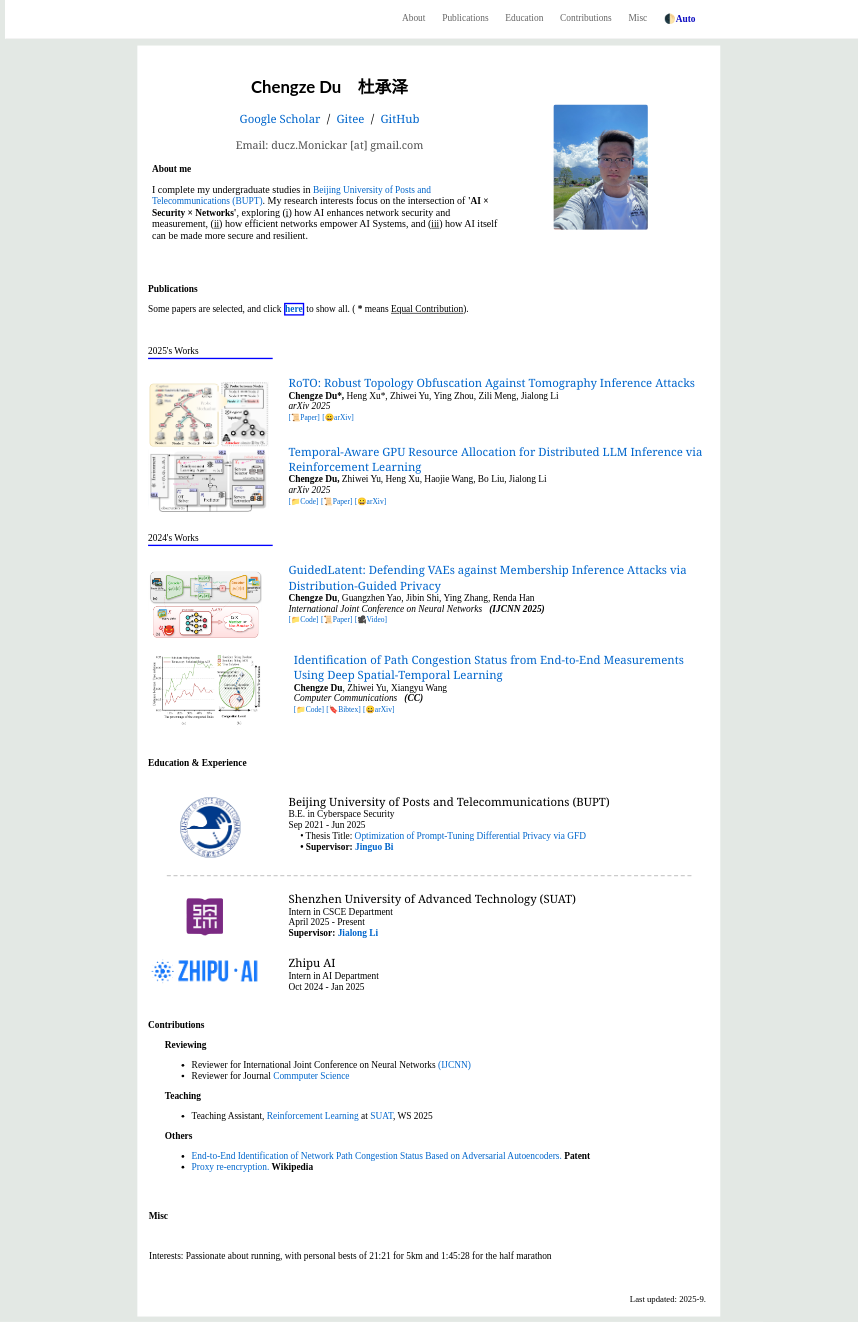
Repository: Monickar/Monickar.github.io
Page: index.html
These files come from the project's save history. The page is drawn as it stood at one moment and after a run of saves; the edit follows.
The browser window is 1280 px wide. The pictures show the whole page, at 67% of full size.

Above is the page before, as saved 2025-10-28 18:50:59.

### index.html
<!DOCTYPE HTML>
<html lang="en">
  <head>
    <meta http-equiv="Content-Type" content="text/html; charset=UTF-8">

    <title>Chengze's Homepage</title>

    <meta name="author" content="Chengze Du">
    <meta name="viewport" content="width=550px, initial-scale=1.0">
    <link rel="shortcut icon" href="./images/IMG_1936.JPG" type="image/x-icon" style="border-radius: 50%;"> <!-- 添加favicon 圆形-->
    <link rel="stylesheet" type="text/css" href="styles.css">
    <style>

      /* * {
        font-family: Cambria, Georgia, serif;

      } */
      * {
        font-size: 14px;

      }


    </style>
  </head>


  <body bgcolor="#E3E8E4">
    <!-- 导航栏 -->
    <nav class="navbar" bgcolor="#EEEEEE">
      <div class="nav-container">
        <a href="#" class="nav-brand"> </a>
        <div class="nav-links">
          <a href="#about">About</a>
          <a href="#pub">Publications</a>
          <a href="#education">Education</a>
          <a href="#contributions">Contributions</a>
          <a href="#misc">Misc</a>
          <a id="darkToggle" style="color: rgb(12, 12, 193); font-weight: bolder;">Mode🌓</a>

        </div>
      </div>
    </nav>

    <!-- 原有内容开始 -->
    <table id="about" style="width:100%; background:#FFFFFF; max-width:870px;border:0px;border-spacing:0px;border-collapse:separate;margin-right:auto;margin-left:auto;"><tbody>
      <tr style="padding:0px">
        <td style="padding:0px">
          <table style="width:100%;border:0px;border-spacing:0px;border-collapse:separate;margin-right:auto;margin-left:auto;"><tbody>
            <tr style="padding:0px">
              <td style="padding:2.5%;width:60%;vertical-align:middle">

                <p class="name" style="text-align: center; font-size: 25px;">
                  Chengze Du &ensp;  杜承泽
                </p>

                <p style="text-align:center; font-size: 18px; font-family: Georgia">
                  <a href="https://scholar.google.com/citations?hl=zh-CN&user=y4ty-f4AAAAJ" class="papertitle">Google Scholar</a> &nbsp;/&nbsp;
                  <a href="https://gitee.com/monickar" class="papertitle">Gitee</a> &nbsp;/&nbsp;
                  <a href="https://github.com/Monickar" class="papertitle">GitHub</a>
                </p>

                <p style="text-align:center; font-size: 16px; font-family: Cambria; color: rgb(80, 80, 80);">
                Email: ducz.Monickar [at] gmail.com
                </p>
                <h2>About me</h2>

                <p style="font-size: 15px;"> I complete my undergraduate studies in <a href="https://www.bupt.edu.cn/">Beijing University of Posts and Telecommunications (BUPT)</a>.
                  My research interests focus on the intersection of <strong>'AI <strong>×</strong> Security <strong>×</strong> Networks'</strong>, exploring (<u>i</u>) how AI enhances network security and measurement, (<u>ii</u>) how efficient networks empower AI Systems, and (<u>iii</u>) how AI itself can be made more secure and resilient.

                </p>
              </td>
              <td style="padding:5.5%; width:31%; max-width:37%; padding-top:10%;">
                <a href="https://ccfddl.com/"><img style="width:70%; max-width:70%;object-fit: cover; border-radius: 2%;" alt="profile photo" src="images/chengze.jpg" class="hoverZoomLink"></a>
              </td>
            </tr>
          </tbody></table>


      <table id="pub" style="width:100%;border:0px;border-spacing:0px;border-collapse:separate;margin-right:auto;margin-left:auto;"><tbody>
          <tr>
          <td style="padding:16px;width:100%;vertical-align:middle">
            <h2>Publications</h2>
            <p>
             Some papers are selected, and click <strong><a href="FullPaperList.html" class="text-with-border">here</a></strong> to show all.
              ( <strong>*</strong> means <u>Equal Contribution</u>).
            </p>
             <!-- Some works are <span class="highlight">highlighted</span>.  -->
          </td>
        </tr>
      </tbody></table>
      <table style="width:100%;border:0px;border-spacing:0px;border-collapse:separate;margin-right:auto;margin-left:auto;"><tbody>


      <!-- 2025 分隔符 -->
      <td style="padding:16px; width:25%; vertical-align:middle; margin-top: 2px;">
        <span class="year">2025's Works</span>
        <div style="height: 2px; background-color: blue; margin-top: 2px;"></div>
      </td>

      <tr >
        <td style="padding:16px;width:25%;vertical-align:top">
          <div class="one">
            <img src="images/RoTO-1.png" class="top" alt="SecureNT alternate" width="180" height="100">
            <img src="images/RoTO-2.png" class="bottom" alt="SecureNT" style="width:180px; height:65px;">
          </div>
        </td>
        <td style="padding:8px;width:80%; vertical-align:top">
          <a href="https://arxiv.org/abs/2508.12852">
        <span class="papertitle">RoTO: Robust Topology Obfuscation Against Tomography Inference Attacks</span>
          </a>
          <br>
          <strong>Chengze Du*,</strong>
          Heng Xu*,
          Zhiwei Yu,
          Ying Zhou,
          Zili Meng,
          Jialong Li

          <br>
          <em>arXiv  2025</em>
          <br>
          <!-- <a href="" style="font-size: 0.8em;">[📁Code]</a> -->
          <a href="https://arxiv.org/pdf/2508.12852" style="font-size: 0.8em;">[📜Paper]</a>
          <a href="https://arxiv.org/abs/2508.12852" style="font-size: 0.8em;">[😀arXiv]</a>
          <p></p>
        </td>
      </tr>



      <tr >
        <td style="padding:16px;width:20%;vertical-align:top">
          <div class="one">
            <img src="images/gpu_infer_component.png" class="top" alt="SecureNT alternate" width="180" height="100">
            <img src="images/tcc_intro.png" class="bottom" alt="SecureNT" style="width:180px; height:90px;">
          </div>
        </td>
        <td style="padding:8px;width:80%; vertical-align:middle">
          <a href="https://arxiv.org/abs/2507.10259">
        <span class="papertitle">Temporal-Aware GPU Resource Allocation for Distributed LLM Inference via Reinforcement Learning</span>
          </a>
          <br>
          <strong>Chengze Du,</strong>
          Zhiwei Yu,
          Heng Xu,
          Haojie Wang,
          Bo Liu,
          Jialong Li

          <br>
          <em>arXiv  2025</em>
          <br>
          <a href="https://gitee.com/Monickar/OT4GpuInference" style="font-size: 0.8em;">[📁Code]</a>
          <a href="https://arxiv.org/pdf/2507.10259" style="font-size: 0.8em;">[📜Paper]</a>
          <a href="https://arxiv.org/abs/2507.10259" style="font-size: 0.8em;">[😀arXiv]</a>
          <p></p>

        </td>
      </tr>


      <!-- 2024 分隔符 -->
      <td style="padding:16px; width:20%; vertical-align:middle; margin-top: 2px;">
        <span class="year">2024's Works</span>
        <div style="height: 2px; background-color: blue; margin-top: 2px;"></div>
      </td>

      <tr >
        <td style="padding:16px;width:20%;vertical-align:top">
          <div class="one">
            <img src="images/anti-vae.png" class="top" alt="SecureNT alternate" width="170" height="110">
            <img src="images/vae-anti-mia.png" class="bottom" alt="SecureNT" style="width:170px; height:85px;">
          </div>
        </td>
        <td style="padding:8px;width:80%; vertical-align:top">
          <a href="">
        <span class="papertitle">GuidedLatent: Defending VAEs against Membership Inference Attacks via Distribution-Guided Privacy
          </a>
          <br>
          <strong>Chengze Du</strong>,
                  Guangzhen Yao,
                  Jibin Shi,
                  Ying Zhang,
                  Renda Han
          <br>
          <em>International Joint Conference on Neural Networks <strong>&nbsp (IJCNN 2025)</strong></em>
          <br>
          <a href="https://anonymous.4open.science/r/VAE-Anti-MIA-DB1A/README.md" style="font-size: 0.8em;">[📁Code]</a>
          <a href="./files/IJCNN_2025.pdf" style="font-size: 0.8em;">[📜Paper]</a>
          <!-- <a href="./files/" style="font-size: 0.8em;">[😀arXiv]</a> -->
          <a href="https://vimeo.com/1095995168" style="font-size: 0.8em;">[🎥Video]</a>
          <!-- <a href="https://arxiv.org/abs/2412.10762" style="font-size: 0.8em;">[📄Poster]</a> -->
          <br>
          <br>
        </td>
      </tr>




    <tr>
      <td style="padding:16px;width:20%;vertical-align:top">
          <div class="one">
            <img src="images/CC_1.png" class="top" alt="SecureNT alternate" width="170" height="110">
            <img src="images/AAE-LSTM.png" class="bottom" alt="SecureNT" style="width:170px; height:110px;">
          </div>
      </td>
      <td style="padding:16px;width:70%;vertical-align:top">
        <a href="https://www.sciencedirect.com/science/article/pii/S0140366425001513">
          <span class="papertitle">Identification of Path Congestion Status from End-to-End Measurements Using Deep Spatial-Temporal Learning</span>
        </a>
        <br>
        <strong>Chengze Du</strong>,
        Zhiwei Yu, Xiangyu Wang
        <br>
        <em>Computer Communications  &nbsp <strong>(CC)</strong> </em>
        <br>
        <a href="https://github.com/Monickar/ACS" style="font-size: 0.8em;">[📁Code]</a>
        <a href="./Bibtex/CC_NT_2025.txt" style="font-size: 0.8em;">[🔖Bibtex]</a>
        <a href="https://arxiv.org/abs/2412.10762" style="font-size: 0.8em;">[😀arXiv]</a>
      </td>
    </tr>

          </tbody></table>

          <table style="width:100%;border:0px;border-spacing:0px;border-collapse:separate;margin-right:auto;margin-left:auto;"><tbody>
            <tr>
            <td style="padding:16px;width:100%;vertical-align:middle">
              <h2>Education & Experience</h2>
            </td>
          </tr>
        </tbody></table>

        <!-- 教育经历 -->
        <table id="education" style="width:100%;border:0px;border-spacing:0px;border-collapse:separate;margin-right:auto;margin-left:auto;"><tbody>

          <tr>
            <td style="padding:16px;width:25%;vertical-align:middle"> <!-- 图片设置为居中 -->
              <img src="images/bupt-logo-1.png" alt="BUPT" width="90" style="display: block; margin: 0 auto;">
            </td>
            <td style="padding:8px;width:75%;vertical-align:middle">
              <span class="papertitle">Beijing University of Posts and Telecommunications (BUPT)</span>
              <br>
              B.E. in Cyberspace Security
              <br>
              Sep 2021 - Jun 2025
              <br>
                &emsp; • Thesis Title:
                 <font color="#1772D0"> <a href="https://gitee.com/Monickar/Bachelor_Thesis" >  Optimization of Prompt-Tuning Differential Privacy via GFD</a> </font>
              <br>
              <strong>
                &emsp; • Supervisor: <a href="https://scss.bupt.edu.cn/info/1063/3984.htm">Jinguo Bi</a>
              </strong>
              <p></p>
            </td>

          </tr>

          <!-- 添加虚线分隔符 -->
          <tr>
            <td colspan="2" style="padding: 10px 0">
              <div style="border-top: 2px dashed #ccc; width: 90%; margin: 0 auto;"></div>
            </td>
          </tr>

          <tr>
            <td style="padding:16px 16px 8px 16px;width:20%;vertical-align:middle">
              <img src="images/suat-logo.png" alt="Internship" width="170">
            </td>
            <td style="padding:4px 8px 4px 8px;width:80%;vertical-align:middle">
              <span class="papertitle">Shenzhen University of Advanced Technology (SUAT) </span>
              <br>
              Intern in CSCE Department
              <br>
              April 2025 - Present
              <br>
              <strong>Supervisor: <a href="https://franklee94.github.io/index.html">Jialong Li</a></strong>
            </td>
          </tr>

          <tr>
            <td style="padding:16px;width:20%;vertical-align:middle">
              <img src="images/Zhipu_AI.png" alt="Internship" width="170">
            </td>
            <td style="padding:8px;width:80%;vertical-align:middle">
              <span class="papertitle"> Zhipu AI</span>
              <br>
              Intern in AI Department
              <br>
              Oct 2024 - Jan 2025
          </tr>

        </tbody></table>

 <!-- 专利 -->

 <table id="contributions" style="width:100%;border:0px;border-spacing:0px;border-collapse:separate;margin-right:auto;margin-left:auto;"><tbody>
  <tr>
    <td style="padding:16px; width:100%; vertical-align:middle">
      <h2>Contributions</h2>

      <div style="padding-left: 25px;">
        <h3>Reviewing</h3>
        <ul>
          <li>Reviewer for International Joint Conference on Neural Networks <a href="https://ijcnn2024.org/">(IJCNN) </a>  </li>
          <li>Reviewer for Journal <a href="https://www.jsjkx.com/EN/1002-137X/home.shtml"> Commputer Science </a>  </li>
        </ul>
      </div>

      <div style="padding-left: 25px;">
        <h3>Teaching</h3>
        <ul>
          <li>Teaching Assistant,<a href=""> Reinforcement Learning </a> at <a href="https://suat-sz.edu.cn/en/">SUAT</a>, WS 2025</li>

        </ul>
      </div>


      <div style="padding-left: 25px;">

        <h3>  Others</h3>
      <ul>
        <li> <a href="https://patentimages.storage.googleapis.com/00/00/00/0000000000000000000000000000000000000000000000000000000000000000.pdf"> End-to-End Identification of Network Path Congestion Status
          Based on Adversarial Autoencoders.</a> <strong>Patent</strong></li>
        <li><a href="https://zh.wikipedia.org/wiki/%E4%BB%A3%E7%90%86%E9%87%8D%E5%8A%A0%E5%AF%86">Proxy re-encryption.</a> <strong>Wikipedia</strong></li>
      </ul>
      </div>






    </td>
  </tr>
</tbody></table>



		<table style="width:100%; margin:0 auto; border:0; border-spacing:0; padding:16px;"><tbody>
            <tr>
              <td>
                <h2>Misc</h2>
              </td>
            </tr>
          </tbody></table>
          <table id="misc" style="width:100%;border:0px;border-spacing:0px;border-collapse:separate;margin-right:auto;margin-left:auto;"><tbody>

        <!-- 其他内容 : Interests: Passionate about running, with personal bests of 21:21 for 5km and 1:45:28 for the half marathon-->
        <p>&emsp; Interests: Passionate about running, with personal bests of 21:21 for 5km and 1:45:28 for the half marathon</p>

          </tbody></table>
          <table style="width:100%; border:5px;border-spacing:0px;border-collapse:separate;margin-right:auto;margin-left:auto;"><tbody>
            <tr>
              <td style="padding:5px">
                <br>
                <p style="text-align:right;font-size:small;">
                  Last updated: 2025-9. &emsp;
                </p>
              </td>
            </tr>
          </tbody></table>


        </td>
      </tr>
    </table>

    <script>
    const btn = document.getElementById('darkToggle');
    const mode = localStorage.getItem('mode') || 'auto'; // 'auto', 'dark', 'light'

    function isDarkTime() {
      const hour = new Date().getHours();
      return hour >= 18 || hour < 6; // 20:00-6:00: dark time
    }

    function applyTheme() {
      const shouldBeDark = mode === 'dark' || (mode === 'auto' && isDarkTime());
      document.body.classList.toggle('dark', shouldBeDark);


      if (mode === 'auto') {
        btn.textContent = '🌓Auto';
        btn.title = 'Turn Dark';
      } else {
        btn.textContent = shouldBeDark ? '🌓Dark' : '🌓Light';
        btn.title = shouldBeDark ? 'Turn Light' : 'Turn Auto';
      }
    }

    btn.onclick = () => {
      const modes = ['light', 'auto', 'dark'];
      const idx = modes.indexOf(mode);
      const newMode = modes[(idx + 1) % 3];
      localStorage.setItem('mode', newMode);
      location.reload(); // 简单刷新应用新模式
    };

    applyTheme();
    // 每分钟检查一次时间（仅在自动模式下有用）
    if (mode === 'auto') setInterval(applyTheme, 1000000);
    </script>


  </body>
</html>

### styles.css
.name {
  padding-top: 20px;
  margin: 0;
  font-family: 'Lato', Cambria, Georgia, serif;
  font-size: 10px;
  font-weight: bold;
}

.papertitle {
  font-family: Cambria, Georgia, Helvetica, sans-serif;
  font-size: 17px;
  font-weight: 550;
}


a {
    color: #0066cc; /* 设置链接颜色为蓝色 */
    text-decoration: none;
}

a:focus,

a:hover {
    text-decoration: underline;
    color: #f09228;
}

.text-with-border {
border: 2px solid blue; /* 边框宽度为 2px，样式为实线，颜色为蓝色 */
}
/* 导航栏样式 */
.navbar {
  background-color: #ffffff;
  padding: 15px 0;
  border-bottom: 1px solid #eee;
  position: fixed;
  top: 0;
  width: 100%;
  z-index: 1000;
}

.nav-container {
  max-width: 800px;
  margin: 0 auto;
  display: flex;
  justify-content: space-between;
  align-items: center;
}

.nav-brand {
  font-size: 1.5em;
  font-weight: bold;
  color: #333;
  text-decoration: none;
}

.nav-links {
  display: flex;
  gap: 20px;
}

.nav-links a {
  color: #666;
  text-decoration: none;
  padding: 5px 10px;
  transition: color 0.3s ease;
}

.nav-links a:hover {
  color: #1772D0;
}

/* 为了防止内容被导航栏遮挡 */
body {
  padding-top: 60px;
}

/* 修改图片切换相关的样式 */
.one {
  position: relative;
  display: inline-block;
}

.one img {
  position: absolute;
  left: 0;
  top: 0;
  transition: opacity 0.2s ease-in-out;
}

.one img.bottom {
  z-index: 1;
  position: relative;
}

.one img.top {
  z-index: 2;
}

.one:hover img.top {
  opacity: 0;
}

.hidden-link {
  color: inherit;
  text-decoration: none;
  cursor: default;
}

.hidden-link:hover {
  color: inherit;
  text-decoration: none;
}

body {
  font-size: 15px; /* 默认大小，可修改为所需值 */
}

body.dark {
  background: #1a1a1a !important;
  color: #e0e0e0 !important;
}

body.dark .navbar,
body.dark table {
  background: #2d2d2d !important;
}

body.dark a {
  color: #66b3ff !important;
}

body.dark .nav-links a {
  color: #b0b0b0 !important;
}

body.dark .nav-links a:hover {
  color: #66b3ff !important;
}

body.dark .papertitle {
  color: #66b3ff !important;
}

body.dark .year {
  color: #66b3ff !important;
}


.navbar {
  width: 100%; /* 占满屏幕宽度 */
}
.nav-container {
  display: flex;
  justify-content: space-between; /* 内容左右分布 */
  align-items: center;

}

.nav-links {
  display: flex;
  gap: 5px; /* 链接间添加间隔 */
}

After the next 2 saves:
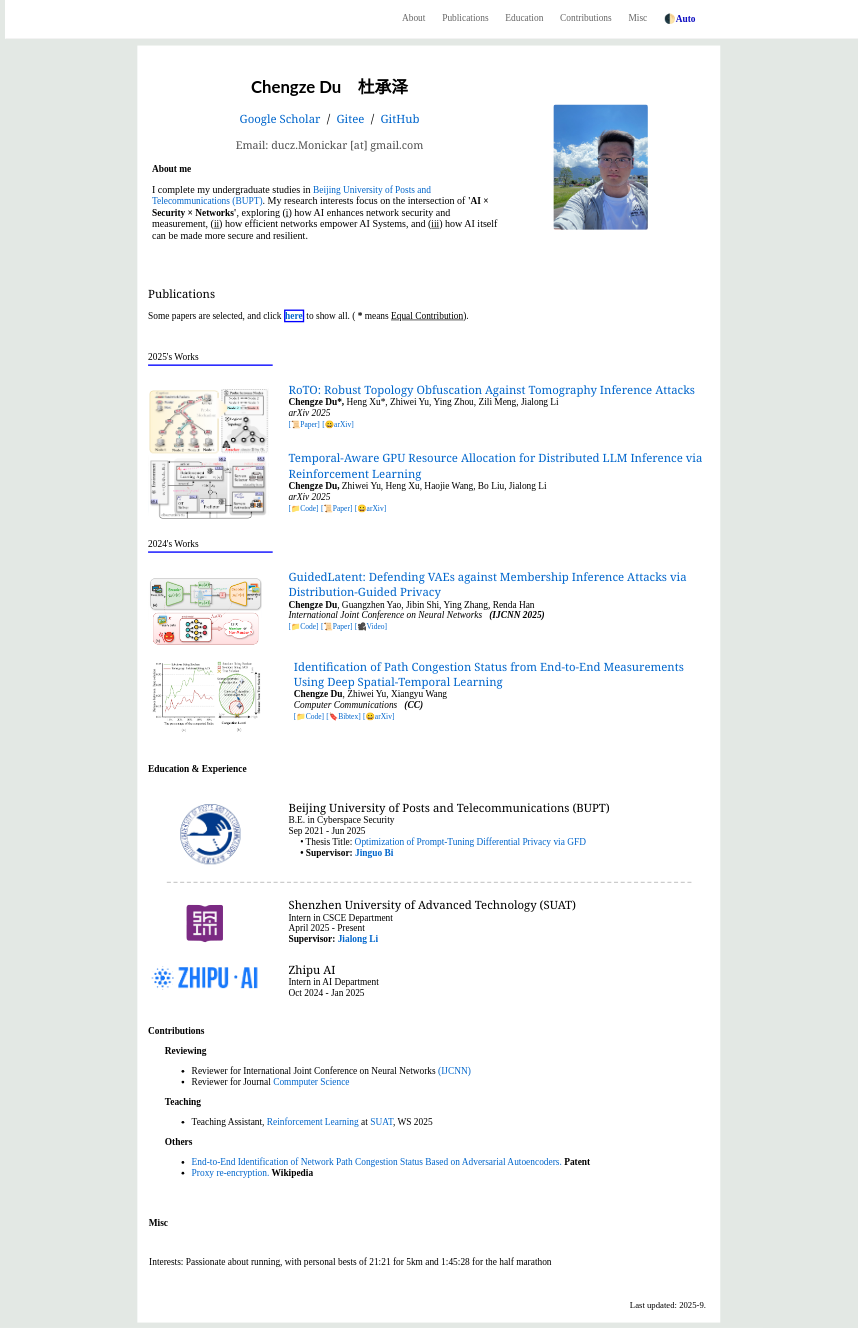
The 2 saves are shown as one change because they came seconds apart.
The last was saved 46 s later.
--- a/index.html
+++ b/index.html
@@ -80,7 +80,7 @@
       <table id="pub" style="width:100%;border:0px;border-spacing:0px;border-collapse:separate;margin-right:auto;margin-left:auto;"><tbody>
           <tr>
           <td style="padding:16px;width:100%;vertical-align:middle">
-            <h2>Publications</h2>
+            <h2 class="papertitle">Publications</h2>
             <p>
              Some papers are selected, and click <strong><a href="FullPaperList.html" class="text-with-border">here</a></strong> to show all.
               ( <strong>*</strong> means <u>Equal Contribution</u>).

After the 5 saves that followed:
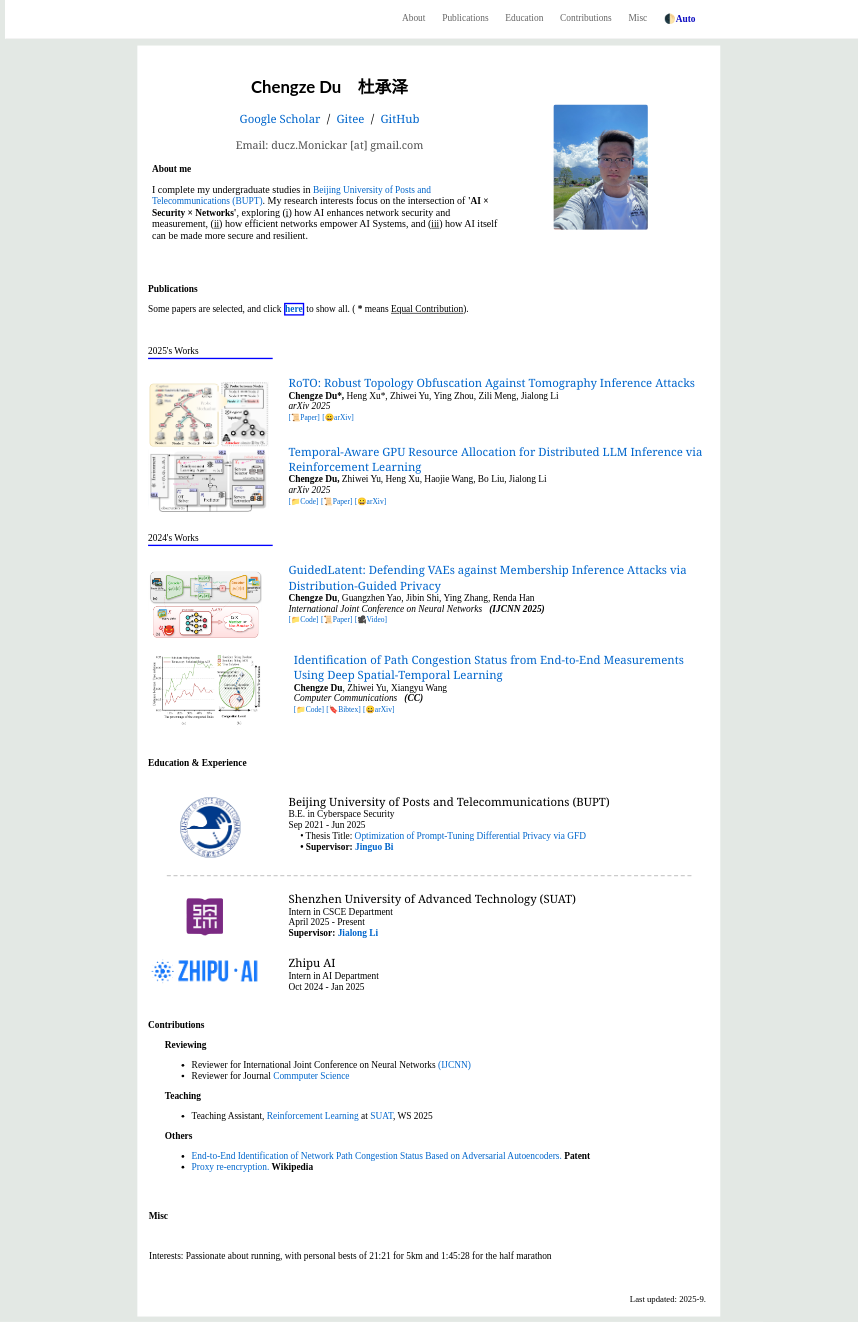
The 5 saves are shown as one change because 2 left the picture as it was and some came seconds apart.
The last was saved 32 s later.
--- a/index.html
+++ b/index.html
@@ -80,7 +80,7 @@
       <table id="pub" style="width:100%;border:0px;border-spacing:0px;border-collapse:separate;margin-right:auto;margin-left:auto;"><tbody>
           <tr>
           <td style="padding:16px;width:100%;vertical-align:middle">
-            <h2 class="papertitle">Publications</h2>
+            <h2 class="subt">Publications</h2>
             <p>
              Some papers are selected, and click <strong><a href="FullPaperList.html" class="text-with-border">here</a></strong> to show all.
               ( <strong>*</strong> means <u>Equal Contribution</u>).
--- a/styles.css
+++ b/styles.css
@@ -12,6 +12,12 @@
   font-weight: 550;
 }
 
+.subtitle {
+  font-family: Cambria, Georgia, Helvetica, sans-serif;
+  font-size: 19px;
+  font-weight: 500;
+  color: #555555;
+}
 
 a {
     color: #0066cc; /* 设置链接颜色为蓝色 */
